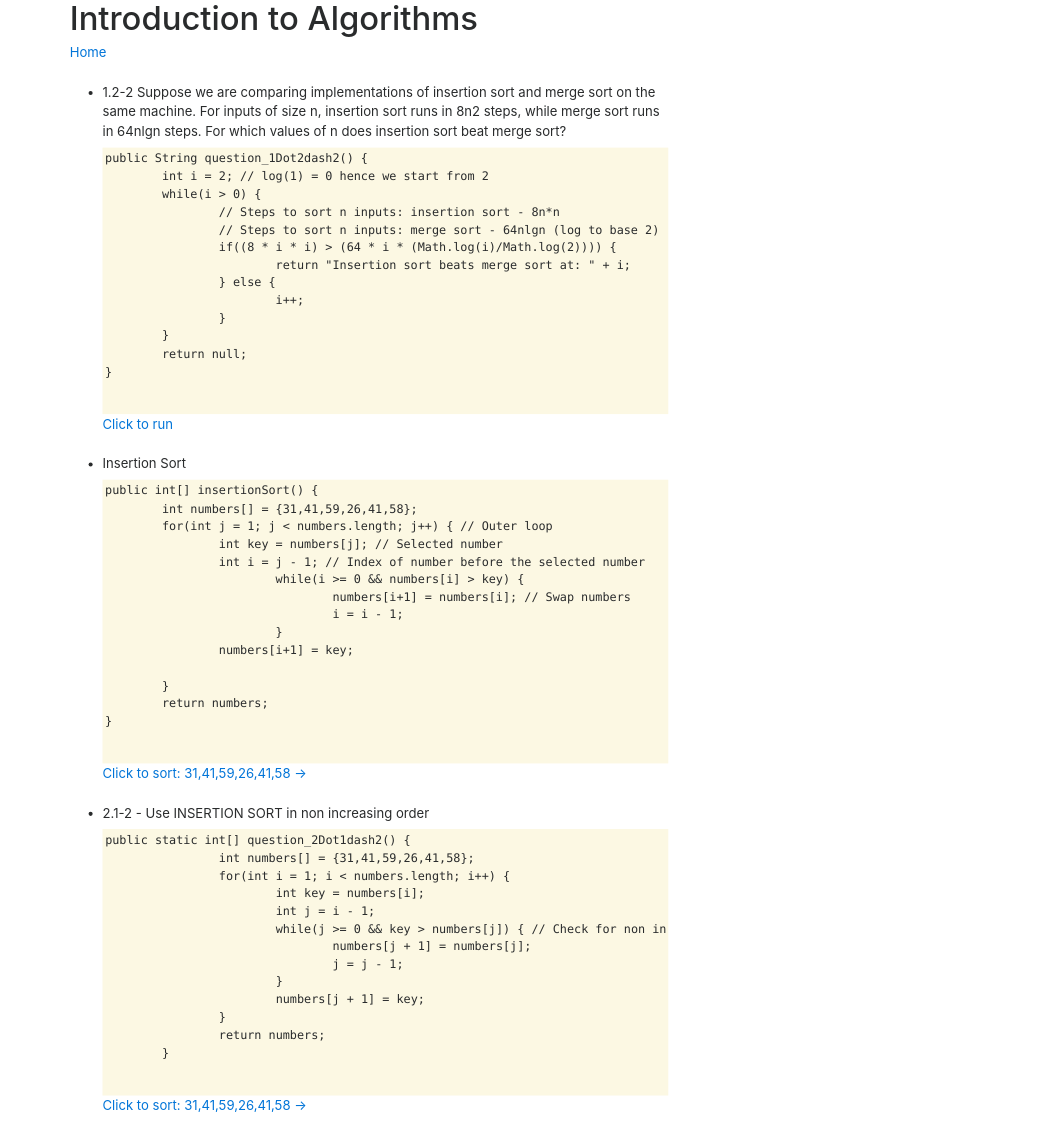
Repository: baltejas/algorithms
Page: http://localhost/algorithms/WEB-INF/views/index.jsp
These files come from the project's save history. The page is drawn as it stood at one moment and after the next save; the edit follows.
The browser window is 1280 px wide. The pictures show the whole page, at 82% of full size.
The page is served by Tomcat 9. Nobody is signed in. Other server files are loaded and not shown. The template is opened directly, without the code that normally fills it, so the values that code supplies are empty.

Above is the page before, as saved 2017-05-07 01:14:20.

### algorithms/src/main/webapp/WEB-INF/views/index.jsp
<html>
	<head>
		<link rel="stylesheet" href="resources/css/bootstrap.css">
	</head>
	<body>
		<div class="container">
		<h1>Introduction to Algorithms</h1>
		<a href="/algorithms/list">Home</a>
			<div class="mt-4 row">
				<div class="col-md-8">
					<ul>
						<li>1.2-2 Suppose we are comparing implementations of insertion sort and merge sort on the same machine.
							For inputs of size n, insertion sort runs in 8n2 steps, while merge sort runs in 64nlgn steps.
							For which values of n does insertion sort beat merge sort?
								<div class="mt-2 mark"><pre>
public String question_1Dot2dash2() {
	int i = 2; // log(1) = 0 hence we start from 2
	while(i > 0) {
		// Steps to sort n inputs: insertion sort - 8n*n
		// Steps to sort n inputs: merge sort - 64nlgn (log to base 2)
		if((8 * i * i) > (64 * i * (Math.log(i)/Math.log(2)))) {
			return "Insertion sort beats merge sort at: " + i;
		} else {
			i++;
		}
	}
	return null;
}
								</pre></div>
						<a href="/algorithms/question_1Dot2dash2">Click to run</a>
						<label>${answer}</label>
						</li>

						<li class="mt-4">Insertion Sort
								<div class="mt-2 mark"><pre>
public int[] insertionSort() {
	int numbers[] = {31,41,59,26,41,58};
	for(int j = 1; j < numbers.length; j++) { // Outer loop
		int key = numbers[j]; // Selected number
		int i = j - 1; // Index of number before the selected number
			while(i >= 0 && numbers[i] > key) {
				numbers[i+1] = numbers[i]; // Swap numbers
				i = i - 1;
			}
		numbers[i+1] = key;

	}
	return numbers;
}
								</pre></div>
						<a href="/algorithms/insertionSort">Click to sort: 31,41,59,26,41,58  -> </a>
						<label>${sorted}</label>
						</li>

						<li class="mt-4">2.1-2 - Use INSERTION SORT in non increasing order
								<div class="mt-2 mark"><pre>
public static int[] question_2Dot1dash2() {
		int numbers[] = {31,41,59,26,41,58};
		for(int i = 1; i < numbers.length; i++) {
			int key = numbers[i];
			int j = i - 1;
			while(j >= 0 && key > numbers[j]) { // Check for non increasing
				numbers[j + 1] = numbers[j];
				j = j - 1;
			}
			numbers[j + 1] = key;
		}
		return numbers;
	}
								</pre></div>
						<a href="/algorithms/question_2Dot1dash2">Click to sort: 31,41,59,26,41,58  -> </a>
						<label>${descSorted}</label>
						</li>

					</ul>
				</div>
			</div>
		</div>
	</body>
</html>

Loaded but not shown: algorithms/src/main/webapp/resources/css/bootstrap.css (library)

After the next save:
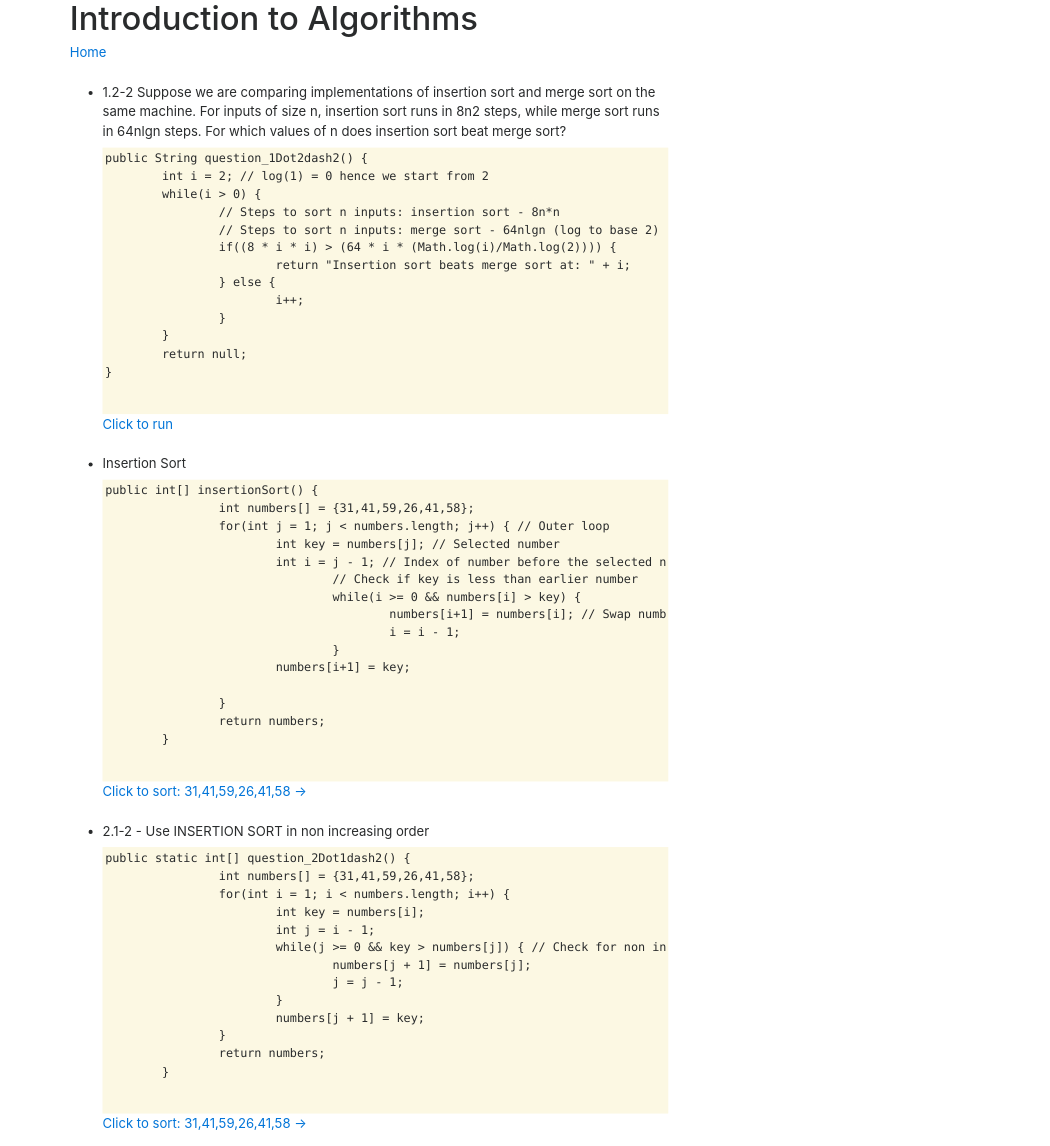
Saved 11 s later.
--- a/algorithms/src/main/webapp/WEB-INF/views/index.jsp
+++ b/algorithms/src/main/webapp/WEB-INF/views/index.jsp
@@ -34,19 +34,20 @@ public String question_1Dot2dash2() {
 						<li class="mt-4">Insertion Sort
 								<div class="mt-2 mark"><pre>
 public int[] insertionSort() {
-	int numbers[] = {31,41,59,26,41,58};
-	for(int j = 1; j < numbers.length; j++) { // Outer loop
-		int key = numbers[j]; // Selected number
-		int i = j - 1; // Index of number before the selected number
-			while(i >= 0 && numbers[i] > key) {
-				numbers[i+1] = numbers[i]; // Swap numbers
-				i = i - 1;
-			}
-		numbers[i+1] = key;
+		int numbers[] = {31,41,59,26,41,58};
+		for(int j = 1; j < numbers.length; j++) { // Outer loop
+			int key = numbers[j]; // Selected number
+			int i = j - 1; // Index of number before the selected number
+			 	// Check if key is less than earlier number
+				while(i >= 0 && numbers[i] > key) {
+					numbers[i+1] = numbers[i]; // Swap numbers
+					i = i - 1;
+				}
+			numbers[i+1] = key;
 
+		}
+		return numbers;
 	}
-	return numbers;
-}
 								</pre></div>
 						<a href="/algorithms/insertionSort">Click to sort: 31,41,59,26,41,58  -> </a>
 						<label>${sorted}</label>
